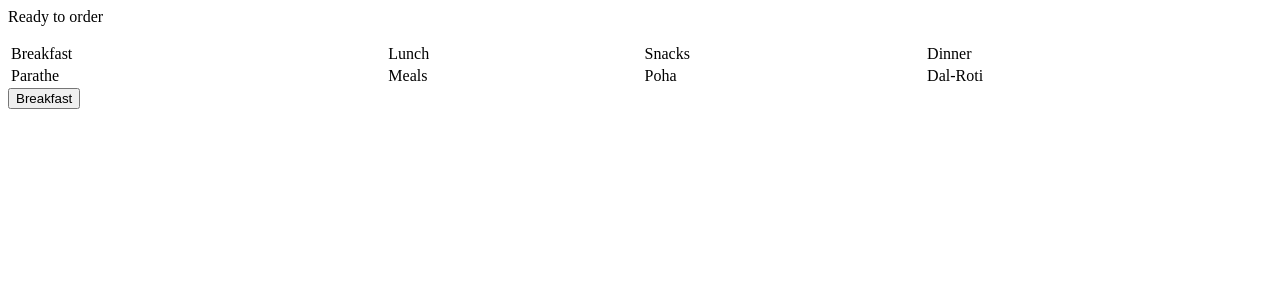
Repository: agarwaljayant7/JavaStuffs
Page: BillingSystem/HotelBillingSystem/WebContent/Menu.html
These files come from the project's save history. The page is drawn as it stood at one moment and after the next save; the edit follows.
The browser window is 1280 px wide. The pictures show the whole page.

Above is the page before, as saved 2019-12-26 16:48:13.

### BillingSystem/HotelBillingSystem/WebContent/Menu.html
<html>
<head>
<script type="text/javascript" src="Breakfast.js"></script>
</head>
<body>
<p>Ready to order</p>
<form>

<table style="width:100%">
  <tr>
    <td>Breakfast</td>
    <td>Lunch</td>
    <td>Snacks</td>
    <td>Dinner</td>
  </tr>
  <tr>
    <td>Parathe</td>
    <td>Meals</td>
    <td>Poha</td>
    <td>Dal-Roti</td>
  </tr>
</table>


<input type="button" value="Breakfast" onclick="breakfast()"/>
</form>
</body>
</html>

### BillingSystem/HotelBillingSystem/WebContent/Breakfast.js

function breakfast(){
 //alert("cooking breakfast");


}

After the next save:
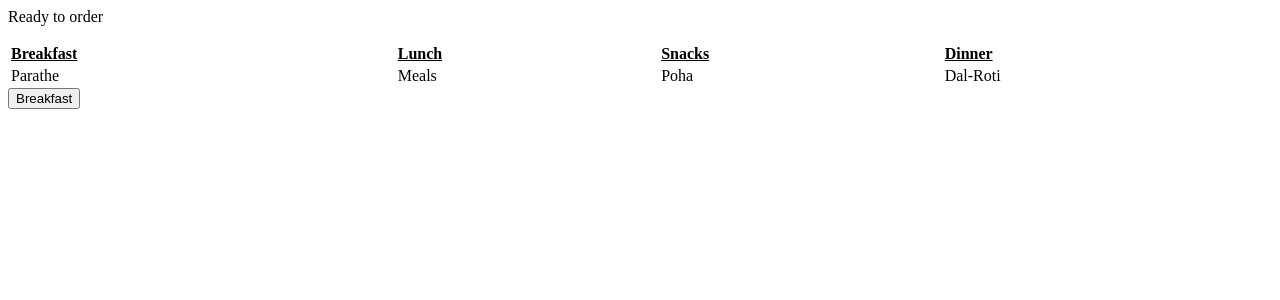
Saved 59 s later.
--- a/BillingSystem/HotelBillingSystem/WebContent/Menu.html
+++ b/BillingSystem/HotelBillingSystem/WebContent/Menu.html
@@ -8,10 +8,10 @@
 
 <table style="width:100%">
   <tr>
-    <td>Breakfast</td>
-    <td>Lunch</td>
-    <td>Snacks</td>
-    <td>Dinner</td>
+    <td><b><u>Breakfast</u></b></td>
+    <td><b><u>Lunch</u></b></td>
+    <td><b><u>Snacks</u></b></td>
+    <td><b><u>Dinner</u></b></td>
   </tr>
   <tr>
     <td>Parathe</td>
